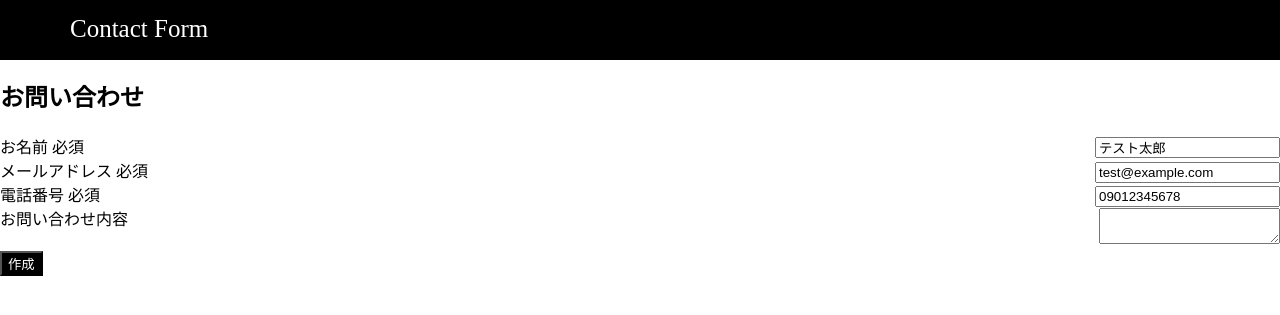
Repository: mayu-ya/my-contact-form
Page: http://localhost/
An editor plug-in stored every save of this project. The page is shown before and after the next save, followed by the edit.
The browser window is 1280 px wide. The pictures show the whole page.
The page is served by the project's Laravel application, run on PHP 8.4 with Laravel 8. Other server files are loaded and not shown.

Above is the page before, as saved 2025-12-31 22:58:09.

### src/routes/web.php
<?php

use Illuminate\Support\Facades\Route;
use App\Http\Controllers\ContactController;

/*
|--------------------------------------------------------------------------
| Web Routes
|--------------------------------------------------------------------------
|
| Here is where you can register web routes for your application. These
| routes are loaded by the RouteServiceProvider within a group which
| contains the "web" middleware group. Now create something great!
|
*/

Route::get('/', [ContactController::class,'index']);

### src/app/Http/Controllers/ContactController.php
<?php

namespace App\Http\Controllers;

use Illuminate\Http\Request;

class ContactController extends Controller
{
    public function index()
    {
        return view('index');
    }
}

### src/resources/views/index.blade.php
@extends('layouts.app')

@section('css')
<link rel="stylesheet" href="{{ asset('css/index.css') }}">
@endsection

@section('content')
<div class="content">
    <div class="form-title">
        <h2 class="form-title-con">お問い合わせ</h2>
    </div>

    <form class="form">
        <div class="form-content">
            <div class="form-content-name">
                <span class="form-content-name_na">お名前</span>
                <span class="form-content-name_re">必須</span>
            </div>
            <div class="form-name_create">
                <input type="text" name="name" value="テスト太郎">
            </div>
        </div>
        <div class="form-content">
            <div class="form-content-email">
                <span class="form-content-email_em">メールアドレス</span>
                <span class="form-content-email_re">必須</span>
            </div>
            <div class="form-email_create">
                <input type="text" name="email" value="test@example.com">
            </div>
        </div>
        <div class="form-content">
            <div class="form-content-tel">
                <span class="form-content-tel_te">電話番号</span>
                <span class="form-content-tel_re">必須</span>
            </div>
            <div class="form-tel_create">
                <input type="text" name="tel" value="09012345678">
            </div>
        </div>
        <div class="form-content">
            <div class="form-content-text">
                <span class="content-text_co">お問い合わせ内容</span>
            </div>
            <div class="form-text_create">
                <textarea name="text" value="資料をいただきたいです"></textarea>
            </div>

        </div>

        <div class="form-button">
            <button class="form-button_create">作成</button>
        </div>
    </form>
</div>
@endsection

### src/resources/views/layouts/app.blade.php
<!DOCTYPE html>
<html lang="ja">
<head>
    <meta charset="UTF-8">
    <meta name="viewport" content="width=device-width, initial-scale=1.0">
    <title>Contact Form</title>
    <link rel="stylesheet" href="{{ asset('css/sanitize.css') }}">
    <link rel="stylesheet" href="{{ asset('css/common.css') }}">
    @yield('css')
</head>
<body>
    <header class="header">
        <div class="header-title">
            <a href="/" class="header-logo">Contact Form</a>
        </div>
    </header>

    <main>
        @yield('content')
    </main>
</body>
</html>

### src/public/css/sanitize.css
/* Document
* ========================================================================== */

/**
* Add border box sizing in all browsers (opinionated).
*/

*,
::before,
::after {
  box-sizing: border-box;
}

/**
* 1. Add text decoration inheritance in all browsers (opinionated).
* 2. Add vertical alignment inheritance in all browsers (opinionated).
*/

::before,
::after {
  vertical-align: inherit;
  /* 2 */
  text-decoration: inherit;
  /* 1 */
}

/**
* 1. Use the default cursor in all browsers (opinionated).
* 2. Change the line height in all browsers (opinionated).
* 3. Use a 4-space tab width in all browsers (opinionated).
* 4. Remove the grey highlight on links in iOS (opinionated).
* 5. Prevent adjustments of font size after orientation changes in
*    IE on Windows Phone and in iOS.
* 6. Breaks words to prevent overflow in all browsers (opinionated).
*/

html {
  word-break: break-word;
  /* 6 */
  -moz-tab-size: 4;
  /* 3 */
  tab-size: 4;
  /* 3 */
  line-height: 1.5;
  /* 2 */
  cursor: default;
  /* 1 */

  -webkit-tap-highlight-color: transparent
    /* 4 */
  ;
  -ms-text-size-adjust: 100%;
  /* 5 */
  -webkit-text-size-adjust: 100%;
  /* 5 */
}

/* Sections
* ========================================================================== */

/**
* Remove the margin in all browsers (opinionated).
*/

body {
  margin: 0;
}

/**
* Correct the font size and margin on `h1` elements within `section` and
* `article` contexts in Chrome, Edge, Firefox, and Safari.
*/

h1 {
  margin: 0.67em 0;
  font-size: 2em;
}

/* Grouping content
* ========================================================================== */

/**
* Remove the margin on nested lists in Chrome, Edge, IE, and Safari.
*/

dl dl,
dl ol,
dl ul,
ol dl,
ul dl {
  margin: 0;
}

/**
* Remove the margin on nested lists in Edge 18- and IE.
*/

ol ol,
ol ul,
ul ol,
ul ul {
  margin: 0;
}

/**
* 1. Add the correct sizing in Firefox.
* 2. Show the overflow in Edge 18- and IE.
*/

hr {
  overflow: visible;
  /* 2 */
  height: 0;
  /* 1 */
}

/**
* Add the correct display in IE.
*/

main {
  display: block;
}

/**
* Remove the list style on navigation lists in all browsers (opinionated).
*/

nav ol,
nav ul {
  padding: 0;
  list-style: none;
}

/**
* 1. Correct the inheritance and scaling of font size in all browsers.
* 2. Correct the odd `em` font sizing in all browsers.
*/

pre {
  font-size: 1em;
  /* 2 */
  font-family: monospace, monospace;
  /* 1 */
}

/* Text-level semantics
* ========================================================================== */

/**
* Remove the gray background on active links in IE 10.
*/

a {
  background-color: transparent;
}

/**
* Add the correct text decoration in Edge 18-, IE, and Safari.
*/

abbr[title] {
  text-decoration: underline;
  text-decoration: underline dotted;
}

/**
* Add the correct font weight in Chrome, Edge, and Safari.
*/

b,
strong {
  font-weight: bolder;
}

/**
* 1. Correct the inheritance and scaling of font size in all browsers.
* 2. Correct the odd `em` font sizing in all browsers.
*/

code,
kbd,
samp {
  font-size: 1em;
  /* 2 */
  font-family: monospace, monospace;
  /* 1 */
}

/**
* Add the correct font size in all browsers.
*/

small {
  font-size: 80%;
}

/* Embedded content
* ========================================================================== */

/*
* Change the alignment on media elements in all browsers (opinionated).
*/

audio,
canvas,
iframe,
img,
svg,
video {
  vertical-align: middle;
}

/**
* Add the correct display in IE 9-.
*/

audio,
video {
  display: inline-block;
}

/**
* Add the correct display in iOS 4-7.
*/

audio:not([controls]) {
  display: none;
  height: 0;
}

/**
* Remove the border on iframes in all browsers (opinionated).
*/

iframe {
  border-style: none;
}

/**
* Remove the border on images within links in IE 10-.
*/

img {
  border-style: none;
}

/**
* Change the fill color to match the text color in all browsers (opinionated).
*/

svg:not([fill]) {
  fill: currentColor;
}

/**
* Hide the overflow in IE.
*/

svg:not(:root) {
  overflow: hidden;
}

/* Tabular data
* ========================================================================== */

/**
* Collapse border spacing in all browsers (opinionated).
*/

table {
  border-collapse: collapse;
}

/* Forms
* ========================================================================== */

/**
* Remove the margin on controls in Safari.
*/

button,
input,
select {
  margin: 0;
}

/**
* 1. Show the overflow in IE.
* 2. Remove the inheritance of text transform in Edge 18-, Firefox, and IE.
*/

button {
  overflow: visible;
  /* 1 */
  text-transform: none;
  /* 2 */
}

/**
* Correct the inability to style buttons in iOS and Safari.
*/

button,
[type="button"],
[type="reset"],
[type="submit"] {
  -webkit-appearance: button;
}

/**
* 1. Change the inconsistent appearance in all browsers (opinionated).
* 2. Correct the padding in Firefox.
*/

fieldset {
  padding: 0.35em 0.75em 0.625em;
  /* 2 */
  border: 1px solid #a0a0a0;
  /* 1 */
}

/**
* Show the overflow in Edge 18- and IE.
*/

input {
  overflow: visible;
}

/**
* 1. Correct the text wrapping in Edge 18- and IE.
* 2. Correct the color inheritance from `fieldset` elements in IE.
*/

legend {
  display: table;
  /* 1 */
  max-width: 100%;
  /* 1 */
  color: inherit;
  /* 2 */
  white-space: normal;
  /* 1 */
}

/**
* 1. Add the correct display in Edge 18- and IE.
* 2. Add the correct vertical alignment in Chrome, Edge, and Firefox.
*/

progress {
  display: inline-block;
  /* 1 */
  vertical-align: baseline;
  /* 2 */
}

/**
* Remove the inheritance of text transform in Firefox.
*/

select {
  text-transform: none;
}

/**
* 1. Remove the margin in Firefox and Safari.
* 2. Remove the default vertical scrollbar in IE.
* 3. Change the resize direction in all browsers (opinionated).
*/

textarea {
  overflow: auto;
  /* 2 */
  margin: 0;
  /* 1 */
  resize: vertical;
  /* 3 */
}

/**
* Remove the padding in IE 10-.
*/

[type="checkbox"],
[type="radio"] {
  padding: 0;
}

/**
* 1. Correct the odd appearance in Chrome, Edge, and Safari.
* 2. Correct the outline style in Safari.
*/

[type="search"] {
  outline-offset: -2px;
  /* 2 */

  -webkit-appearance: textfield;
  /* 1 */
}

/**
* Correct the cursor style of increment and decrement buttons in Safari.
*/

::-webkit-inner-spin-button,
::-webkit-outer-spin-button {
  height: auto;
}

/**
* Correct the text style of placeholders in Chrome, Edge, and Safari.
*/

::-webkit-input-placeholder {
  color: inherit;
  opacity: 0.54;
}

/**
* Remove the inner padding in Chrome, Edge, and Safari on macOS.
*/

::-webkit-search-decoration {
  -webkit-appearance: none;
}

/**
* 1. Correct the inability to style upload buttons in iOS and Safari.
* 2. Change font properties to `inherit` in Safari.
*/

::-webkit-file-upload-button {
  font: inherit;
  /* 2 */

  -webkit-appearance: button;
  /* 1 */
}

/**
* Remove the inner border and padding of focus outlines in Firefox.
*/

::-moz-focus-inner {
  padding: 0;
  border-style: none;
}

/**
* Restore the focus outline styles unset by the previous rule in Firefox.
*/

:-moz-focusring {
  outline: 1px dotted ButtonText;
}

/**
* Remove the additional :invalid styles in Firefox.
*/

:-moz-ui-invalid {
  box-shadow: none;
}

/* Interactive
* ========================================================================== */

/*
* Add the correct display in Edge 18- and IE.
*/

details {
  display: block;
}

/*
* Add the correct styles in Edge 18-, IE, and Safari.
*/

dialog {
  position: absolute;
  right: 0;
  left: 0;
  display: block;
  margin: auto;
  padding: 1em;
  width: -moz-fit-content;
  width: -webkit-fit-content;
  width: fit-content;
  height: -moz-fit-content;
  height: -webkit-fit-content;
  height: fit-content;
  border: solid;
  background-color: white;
  color: black;
}

dialog:not([open]) {
  display: none;
}

/*
* Add the correct display in all browsers.
*/

summary {
  display: list-item;
}

/* Scripting
* ========================================================================== */

/**
* Add the correct display in IE 9-.
*/

canvas {
  display: inline-block;
}

/**
* Add the correct display in IE.
*/

template {
  display: none;
}

/* User interaction
* ========================================================================== */

/*
* 1. Remove the tapping delay in IE 10.
* 2. Remove the tapping delay on clickable elements
in all browsers (opinionated).
*/

a,
area,
button,
input,
label,
select,
summary,
textarea,
[tabindex] {
  -ms-touch-action: manipulation;
  /* 1 */
  touch-action: manipulation;
  /* 2 */
}

/**
* Add the correct display in IE 10-.
*/

[hidden] {
  display: none;
}

/* Accessibility
* ========================================================================== */

/**
* Change the cursor on busy elements in all browsers (opinionated).
*/

[aria-busy="true"] {
  cursor: progress;
}

/*
* Change the cursor on control elements in all browsers (opinionated).
*/

[aria-controls] {
  cursor: pointer;
}

/*
* Change the cursor on disabled, not-editable, or otherwise
* inoperable elements in all browsers (opinionated).
*/

[aria-disabled="true"],
[disabled] {
  cursor: not-allowed;
}

/*
* Change the display on visually hidden accessible elements
* in all browsers (opinionated).
*/

[aria-hidden="false"][hidden] {
  display: initial;
}

[aria-hidden="false"][hidden]:not(:focus) {
  position: absolute;
  clip: rect(0, 0, 0, 0);
}

### src/public/css/common.css
.header {
    background: black;
    height: 60px;
}

.header-logo{
    display: block;
    color: white;
    font-size: 25px;
    padding-top: 10px;
    padding-left: 70px;
    text-decoration: none;
    cursor: pointer;
}

### src/public/css/index.css
.form-content {
    display: flex;
    justify-content: space-between;
}

.form-button {
}

.form-button_create {
    color: white;
    background: black;
}

Loaded but not shown: src/app/Http/Controllers/Controller.php (common file)

After the next save:
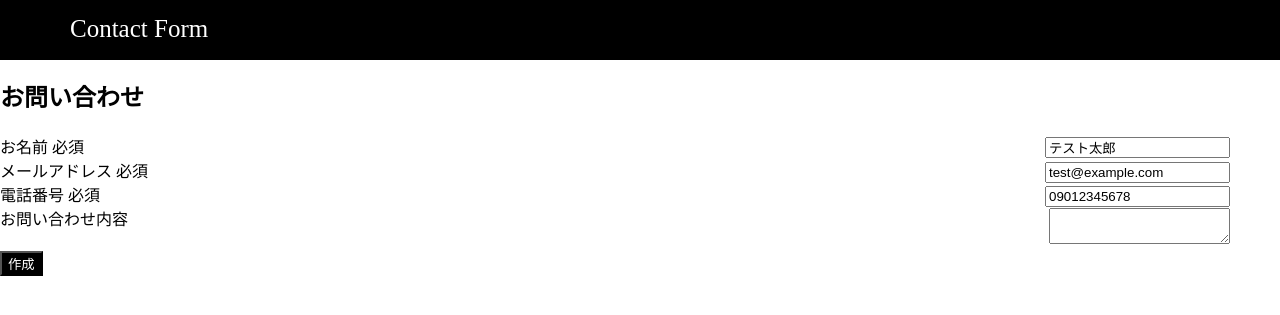
Saved 94 s later.
--- a/src/public/css/index.css
+++ b/src/public/css/index.css
@@ -1,3 +1,7 @@
+.content {
+    max-width: 1230px;
+}
+
 .form-content {
     display: flex;
     justify-content: space-between;
